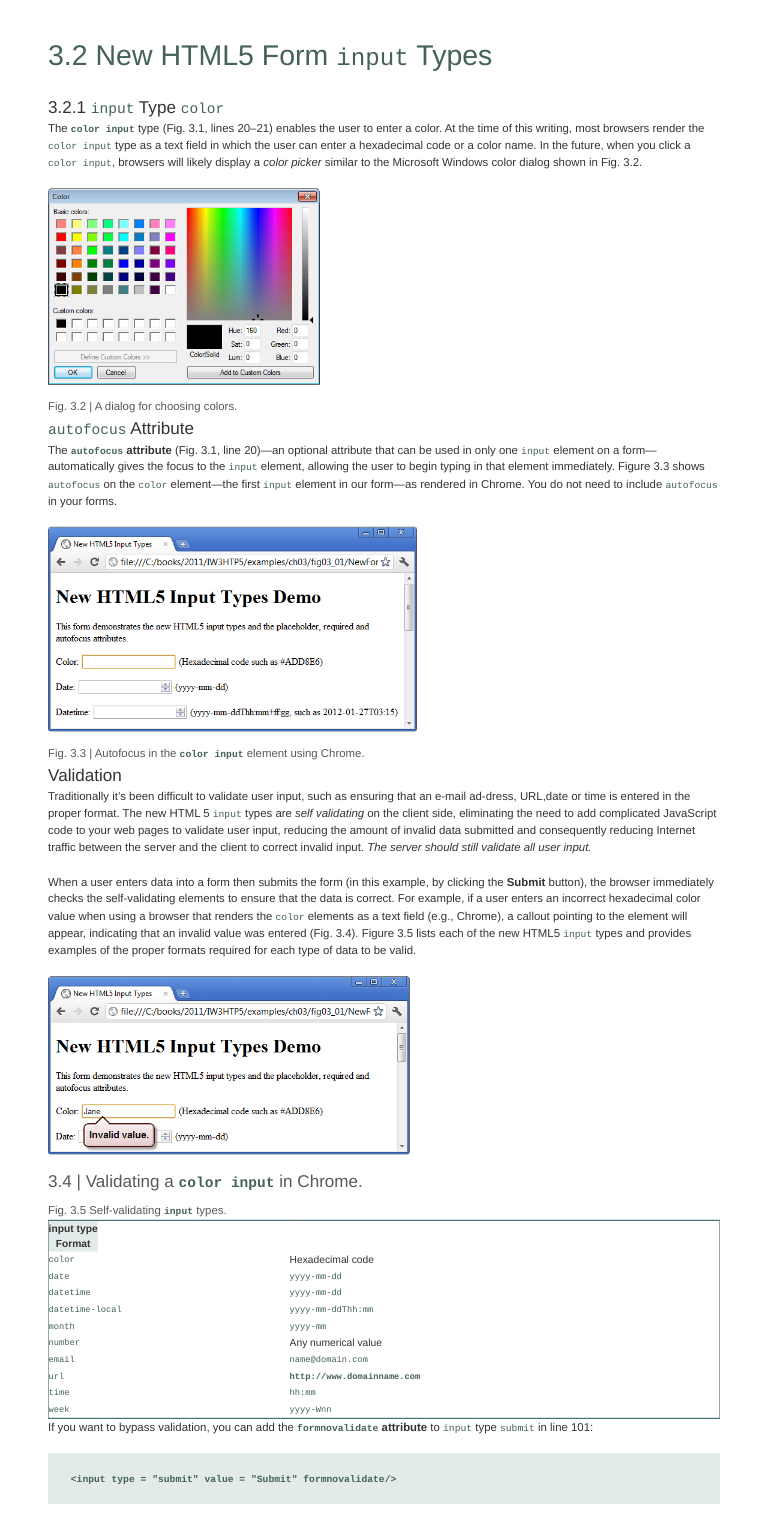
Repository: mlmEFSC21/P4-Textbook-Copy
Page: index.html
An editor plug-in stored every save of this project. The page is shown before and after the next save, followed by the edit.
The browser window is 1280 px wide. The pictures show the whole page, at 60% of full size.

Above is the page before, as saved 2022-02-03 18:53:22.

After the next save:
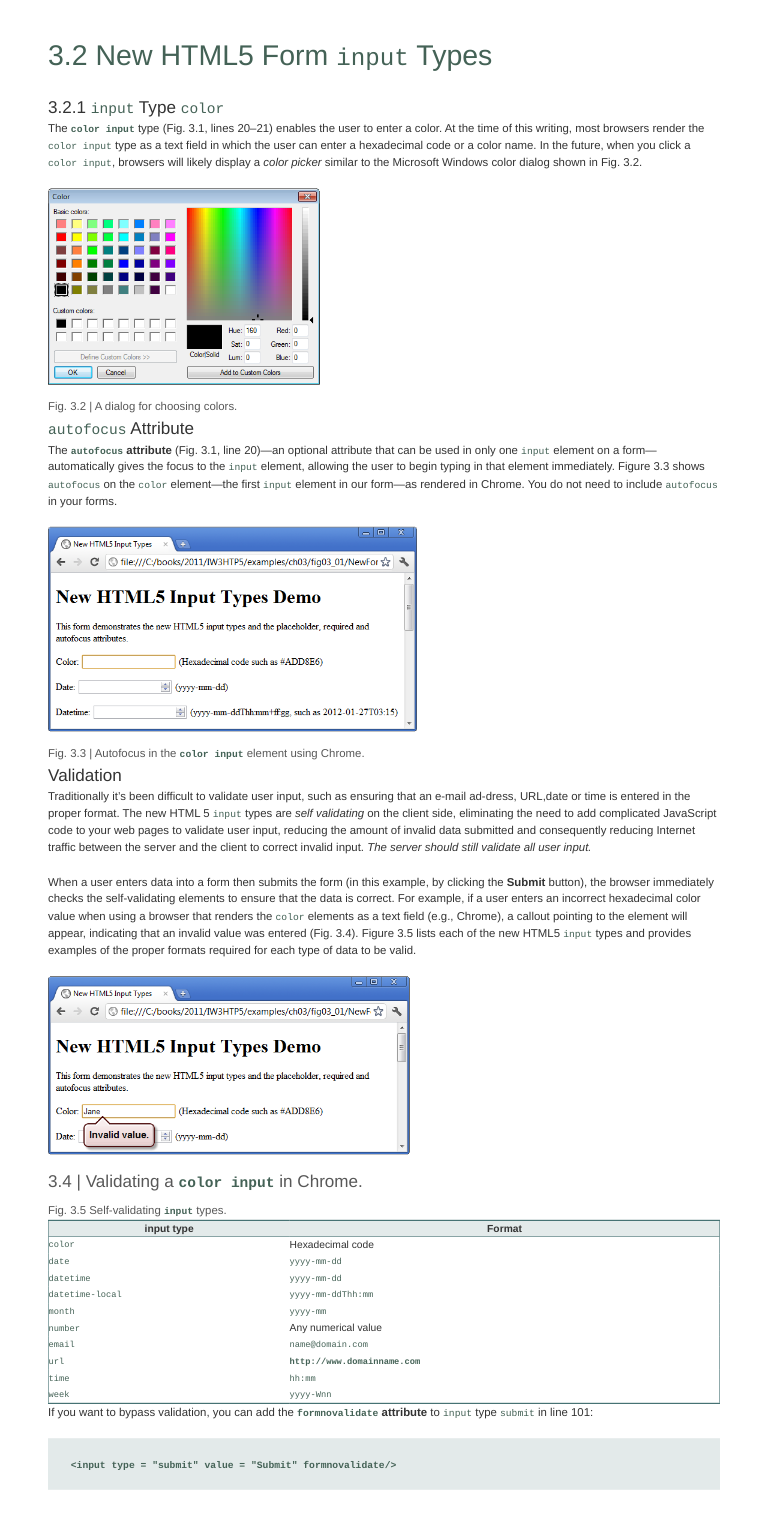
Saved 58 s later.
--- a/bookStyles.css
+++ b/bookStyles.css
@@ -74,7 +74,7 @@ table {
     border-collapse: collapse;
 }
 th {
-    display: table-header-group;
+    border-bottom: 1px solid #467273;
 }
 tr {
     display: table-row;
